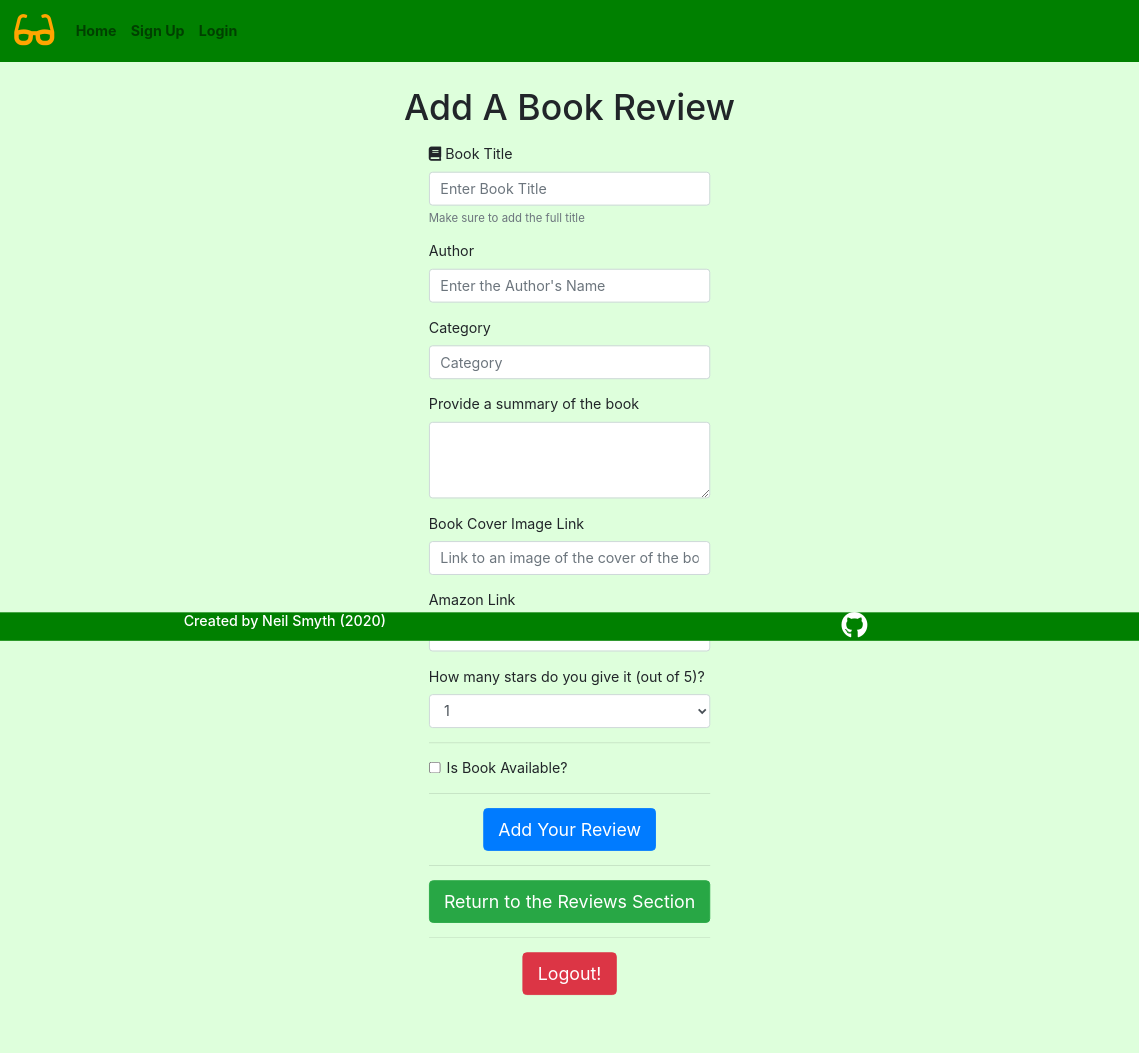
Repository: NeiloErnesto89/Data_Centric_Dev_Milestone_Project3
Page: templates/add_review.html
The author's editor kept a record of every edit. The page is drawn from the files as they stood at one moment, then again after the next edit.
The browser window is 1280 px wide. The pictures show the whole page, at 89% of full size.
Some web libraries are served in a nearby version. The template is drawn by Flask 3. The application's start-up code is not run. The template is opened directly, without the code that normally fills it, so the values that code supplies are empty.

Above is the page before.

After the next edit:
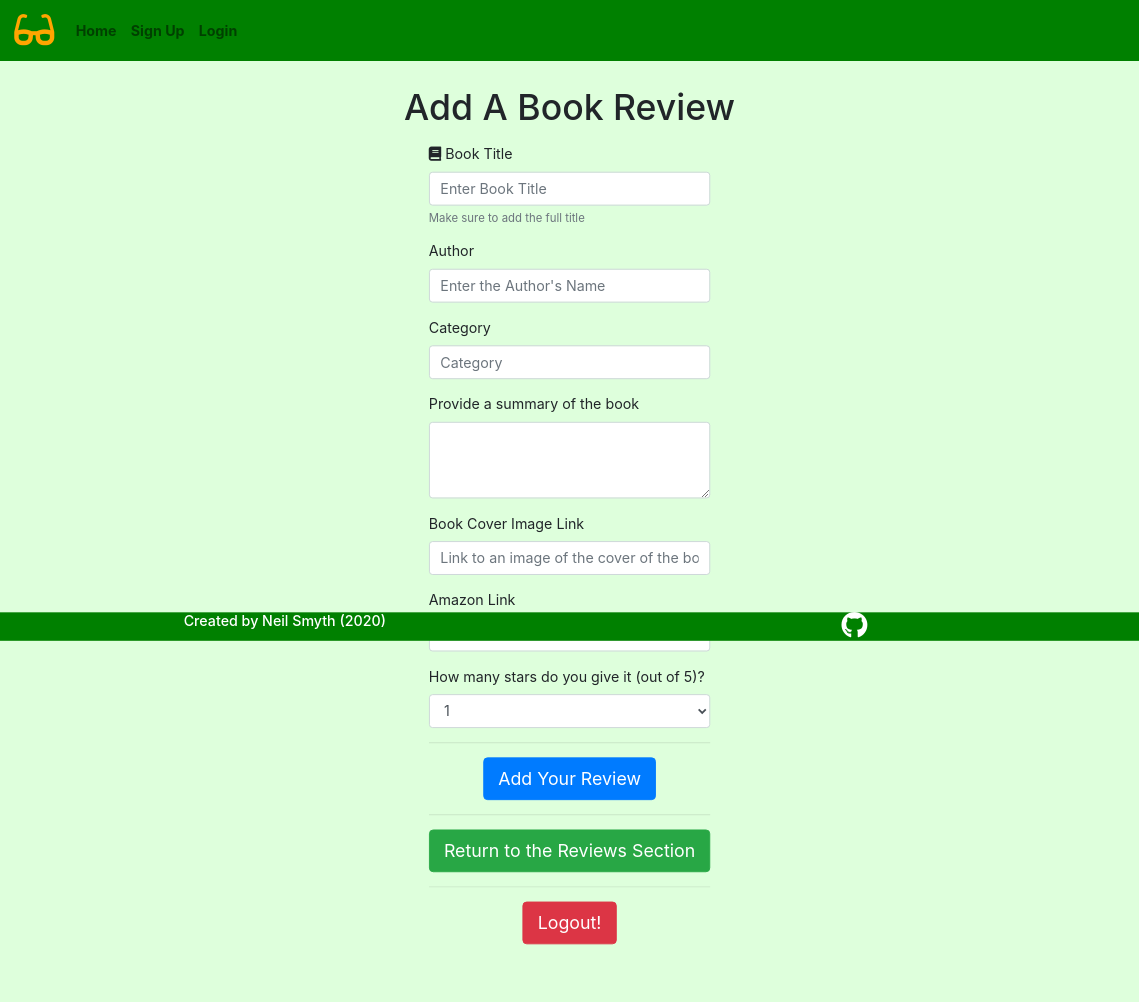
The edit:
--- a/templates/add_review.html
+++ b/templates/add_review.html
@@ -58,13 +58,6 @@
                     </select>
                 </div>
 
-
-                <hr>
-                <div class="form-check">
-                    <input id="is_available" name="is_available" type="checkbox" class="form-check-input">
-                    <label class="form-check-label" for="exampleCheck1">Is Book Available?</label>
-                </div>
-
                 <hr>
 
                 <div class="text-center">
